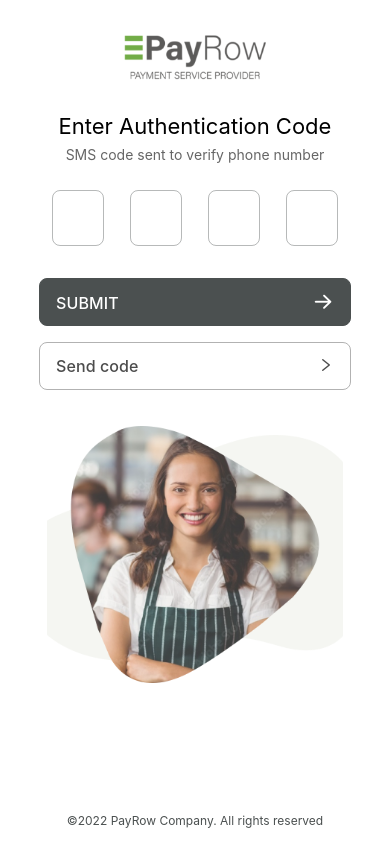
Repository: rishabh-critical-river/payrowios
Screen: /Create Account
The author's editor kept a copy of each file at every save. The screen is drawn from the files as they stood at one save, then again after the next save.
The app was drawn by React Native's web renderer in a window 390 px wide. The project was rebuilt for these pictures with package versions that can differ from the ones it lists, and the page was loaded fresh each time. Also part of the build but not shown: screens/home/HomeScreen.tsx, screens/home/HomeComponents/TapToPay.tsx, screens/home/HomeComponents/PaymentSummary.js, screens/home/HomeComponents/AddItem.js, screens/home/HomeComponents/TapCard.tsx, screens/home/HomeComponents/EnterPin.tsx, screens/home/HomeComponents/Confirmation.tsx, screens/home/HomeComponents/NewPayment.tsx and 37 more.

Above is the screen before, as saved 2023-07-27 03:20:20.

### App.tsx
import { NavigationContainer } from "@react-navigation/native";
import { createNativeStackNavigator } from "@react-navigation/native-stack";
import {
  StyleSheet,
  Text,
  View,
  SafeAreaView,
  Image,
  StatusBar,
} from "react-native";
import LanguageSelection from "./screens/onboarding/LanguageSelection";
import CreateAccount from "./screens/onboarding/CreateAccount";
import HomeScreen from "./screens/home/HomeScreen";
import TapToPay from "./screens/home/HomeComponents/TapToPay";
import AddItem from "./screens/home/HomeComponents/AddItem";
import TapCard from "./screens/home/HomeComponents/TapCard";
import EnterPin from "./screens/home/HomeComponents/EnterPin";
import Confirmation from "./screens/home/HomeComponents/Confirmation";
import NewPayment from "./screens/home/HomeComponents/NewPayment";
import Contact from "./screens/home/HomeComponents/contact";
import Refund from "./screens/home/HomeComponents/refund";
import OtpRefund from "./screens/home/HomeComponents/otpRefund";
import ProductSelection from "./screens/home/HomeComponents/productSelection";
import PaymentSummary from "./screens/home/HomeComponents/PaymentSummary";
import PaymentMode from "./screens/home/HomeComponents/paymentMode";
import PaymentHistory from "./screens/home/HomeComponents/PaymentHistory";
import HistoryMethods from "./screens/home/HomeComponents/historyMethods";
import DailyReport from "./screens/home/HomeComponents/DailyReport";
import MonthlyReport from "./screens/home/HomeComponents/MonthlyReport";
import AboutPayrow from "./screens/home/HomeComponents/AboutPayrow";
import CashReceivedMachine from "./screens/home/HomeComponents/CashReceivedMachine";
import InvoiceRecall from "./screens/home/HomeComponents/InvoiceRecall";
import PosAndRetail from "./screens/home/HomeComponents/PosAndRetail";
import SoftPos from "./screens/home/HomeComponents/SoftPos";
import PayByLink from "./screens/home/HomeComponents/PayByLink";
import PayByQrCode from "./screens/home/HomeComponents/PayByQrCode";

import PaymentGateWay from "./screens/home/HomeComponents/PaymentGateWay";
import Wps from "./screens/home/HomeComponents/Wps";
import Vat from "./screens/home/HomeComponents/Vat";
import Kvyc from "./screens/home/HomeComponents/Kvyc";
import BuyNowPayLater from "./screens/home/HomeComponents/BuyNowPayLater";
import Wallet from "./screens/home/HomeComponents/Wallet";
import PayRowPrepaids from "./screens/home/HomeComponents/PayRowPrepaid";
import Support from "./screens/home/HomeComponents/Support";
import NewComplain from "./screens/home/HomeComponents/NewComplain";
import RegisterComplain from "./screens/home/HomeComponents/RegisteredComplain";
import ContactUs from "./screens/home/HomeComponents/ContactUse";
import InvoiceRecalltwo from "./screens/home/HomeComponents/InvoiceRecalltwo";
import InvoiceRecallthree from "./screens/home/HomeComponents/InvoiceRecallthree";
import PaymentDetails from "./screens/home/HomeComponents/PaymentDetails";
import ConfirmationInvoice from "./screens/home/HomeComponents/ConfirmationInvoice";
import CashPay from "./screens/home/HomeComponents/CashPay";
import QRCode from "./screens/home/HomeComponents/QrCode";
import Login from "./screens/onboarding/login";
import CreatePin from "./screens/onboarding/Createpin";
import ReEnterPin from "./screens/onboarding/Reenterpin";
import EnterPins from "./screens/onboarding/Enterpin";
// import SoftPose from "./screens/home/HomeComponents/SoftPose";
const Stack = createNativeStackNavigator();

export default function App() {
  return (
    <SafeAreaView style={{ flex: 1, backgroundColor: "white" }}>
      <StatusBar barStyle="dark-content" />
      <NavigationContainer>
        <Stack.Navigator>
          <Stack.Screen
            name="selectLanaguage"
            component={LanguageSelection}
            options={{ headerShown: false }}
          />
          <Stack.Screen
            name="Login"
            component={Login}
            options={{ headerShown: false }}
          />
          <Stack.Screen
            name="CreatePin"
            component={CreatePin}
            options={{ headerShown: false }}
          />
          <Stack.Screen
            name="ReEnterPin"
            component={ReEnterPin}
            options={{ headerShown: false }}
          />
          <Stack.Screen
            name="EnterPin"
            component={EnterPin}
            options={{ headerShown: false }}
          />
          <Stack.Screen
            name="Create Account"
            component={CreateAccount}
            options={{ headerShown: false }}
          />
          <Stack.Screen
            name="HomeScreen"
            component={HomeScreen}
            options={{ headerShown: false }}
          />
          <Stack.Screen
            name="TapToPay"
            component={TapToPay}
            options={{ headerShown: false }}
          />
          <Stack.Screen
            name="AddItem"
            component={AddItem}
            options={{ headerShown: false }}
          />
          <Stack.Screen
            name="TapCard"
            component={TapCard}
            options={{ headerShown: false }}
          />
          <Stack.Screen
            name="EnterPins"
            component={EnterPins}
            options={{ headerShown: false }}
          />
          <Stack.Screen
            name="Confirmation"
            component={Confirmation}
            options={{ headerShown: false }}
          />
          <Stack.Screen
            name="NewPayment"
            component={NewPayment}
            options={{ headerShown: false }}
          />
          <Stack.Screen
            name="contact"
            component={Contact}
            options={{ headerShown: false }}
          />
          <Stack.Screen
            name="refund"
            component={Refund}
            options={{ headerShown: false }}
          />
          <Stack.Screen
            name="otpRefund"
            component={OtpRefund}
            options={{ headerShown: false }}
          />
          <Stack.Screen
            name="productSelection"
            component={ProductSelection}
            options={{ headerShown: false }}
          />
          <Stack.Screen
            name="paymentSummary"
            component={PaymentSummary}
            options={{ headerShown: false }}
          />
          <Stack.Screen
            name="paymentMode"
            component={PaymentMode}
            options={{ headerShown: false }}
          />
          <Stack.Screen
            name="paymentHistory"
            component={PaymentHistory}
            options={{ headerShown: false }}
          />
          <Stack.Screen
            name="historyMethods"
            component={HistoryMethods}
            options={{ headerShown: false }}
          />
          <Stack.Screen
            name="dailyReport"
            component={DailyReport}
            options={{ headerShown: false }}
          />
          <Stack.Screen
            name="monthlyReport"
            component={MonthlyReport}
            options={{ headerShown: false }}
          />
          <Stack.Screen
            name="aboutPayrow"
            component={AboutPayrow}
            options={{ headerShown: false }}
          />
          <Stack.Screen
            name="cashReceivedMachine"
            component={CashReceivedMachine}
            options={{ headerShown: false }}
          />
          <Stack.Screen
            name="invoiceRecall"
            component={InvoiceRecall}
            options={{ headerShown: false }}
          />
          <Stack.Screen
            name="posandretail"
            component={PosAndRetail}
            options={{ headerShown: false }}
          />
          <Stack.Screen
            name="softpos"
            component={SoftPos}
            options={{ headerShown: false }}
          />
          <Stack.Screen
            name="paybylink"
            component={PayByLink}
            options={{ headerShown: false }}
          />
          <Stack.Screen
            name="paybyqrcode"
            component={PayByLink}
            options={{ headerShown: false }}
          />
          <Stack.Screen
            name="paymentgateway"
            component={PaymentGateWay}
            options={{ headerShown: false }}
          />
          <Stack.Screen
            name="wps"
            component={Wps}
            options={{ headerShown: false }}
          />
          <Stack.Screen
            name="vat"
            component={Vat}
            options={{ headerShown: false }}
          />

          <Stack.Screen
            name="kvyc"
            component={Kvyc}
            options={{ headerShown: false }}
          />
          <Stack.Screen
            name="buynowpaylater"
            component={BuyNowPayLater}
            options={{ headerShown: false }}
          />
          <Stack.Screen
            name="registercomplain"
            component={RegisterComplain}
            options={{ headerShown: false }}
          />
          <Stack.Screen
            name="wallet"
            component={Wallet}
            options={{ headerShown: false }}
          />
          <Stack.Screen
            name="payrowprepaid"
            component={PayRowPrepaids}
            options={{ headerShown: false }}
          />
          <Stack.Screen
            name="paymentdetails"
            component={PaymentDetails}
            options={{ headerShown: false }}
          />
          <Stack.Screen
            name="support"
            component={Support}
            options={{ headerShown: false }}
          />
          {/* <Stack.Screen
            name="softpose"
            payrowprepaid
            component={SoftPose}
            options={{ headerShown: false }}

          /> */}
          <Stack.Screen
            name="newcomplain"
            component={NewComplain}
            options={{ headerShown: false }}
          />
          <Stack.Screen
            name="contactus"
            component={ContactUs}
            options={{ headerShown: false }}
          />
          <Stack.Screen
            name="Recallss"
            component={InvoiceRecalltwo}
            options={{ headerShown: false }}
          />
          <Stack.Screen
            name="InvoiceRecallthree"
            component={InvoiceRecallthree}
            options={{ headerShown: false }}
          />
          <Stack.Screen
            name="ConfirmationInvoice"
            component={ConfirmationInvoice}
            options={{ headerShown: false }}
          />
          <Stack.Screen
            name="cashPay"
            component={CashPay}
            options={{ headerShown: false }}
          />

          <Stack.Screen
            name="QrCode"
            component={PayByQrCode}
            options={{ headerShown: false }}
          />
          <Stack.Screen
            name="QrCodePay"
            component={QRCode}
            options={{ headerShown: false }}
          />
        </Stack.Navigator>
      </NavigationContainer>
    </SafeAreaView>
  );
}

### screens/onboarding/LanguageSelection.tsx
import React from "react";
import { StatusBar } from "expo-status-bar";
import { NavigationContainer } from "@react-navigation/native";
import { createNativeStackNavigator } from "@react-navigation/native-stack";
import {
  StyleSheet,
  Text,
  View,
  SafeAreaView,
  Image,
  Button,
  TouchableOpacity,
} from "react-native";
import { AntDesign } from "@expo/vector-icons";
function LanguageSelection({ navigation }: any) {
  return (
    <>
      <View style={styles.container}>
        <Image
          source={require("../../src/Images/payrowLogo.png")}
          style={styles.logo}
        />
        <View
          style={{
            position: "absolute",
            right: 0,
            top: 76,
          }}
        >
          <View
            style={{
              marginLeft: "auto",
              borderWidth: 1,
              borderColor: "#F1F7ED",
              marginBottom: 7.5,

              backgroundColor: "#F1F7ED",
              borderRadius: 1,
              width: 40,
              height: 11.67,
            }}
          />
          <View
            style={{
              marginLeft: "auto",
              borderWidth: 1,
              borderColor: "#F1F7ED",
              marginBottom: 7.5,
              backgroundColor: "#F1F7ED",
              borderRadius: 1,

              width: 40,
              height: 11.67,
            }}
          />
          <View
            style={{
              marginLeft: "auto",
              borderWidth: 1,
              borderColor: "#F1F7ED",

              backgroundColor: "#F1F7ED",
              borderRadius: 1,

              width: 40,
              height: 11.67,
            }}
          />
        </View>
        <Image
          source={require("../../src/Images/getStarted.png")}
          style={{
            width: 312,
            height: 230,
            alignSelf: "center",
            marginTop: 40,
          }}
        />
        <Text
          style={{
            fontSize: 22,
            fontWeight: "700",
            color: "#4C4C4C",
            lineHeight: 28,
            textAlign: "center",
            marginTop: 38,
          }}
        >
          Ultimate Fintech Partner
        </Text>
        <Text
          style={{
            fontSize: 14,
            fontWeight: "400",
            lineHeight: 20,
            marginLeft: 54,
            marginRight: 54,
            textAlign: "center",
            marginTop: 16,
            color: "#666666",
            letterSpacing: 0.25,
          }}
        >
          Together we support Go-Green & Cashless Strategy
        </Text>
      </View>
      <View style={{ backgroundColor: "white" }}>
        <TouchableOpacity
          style={styles.button}
          onPress={() => {
            navigation.navigate("Login");
          }}
        >
          <View
            style={{
              borderWidth: 1,

              borderColor: "#4B5050",
              backgroundColor: "#4B5050",
              borderRadius: 8,
              marginBottom: 16,
              width: 328,
              height: 48,
              justifyContent: "center",
            }}
          >
            <View style={{ flexDirection: "row" }}>
              <Text
                style={{
                  fontSize: 16,
                  paddingLeft: 16,
                  fontWeight: "500",
                  lineHeight: 24,
                  justifyContent: "center",
                  color: "white",
                  letterSpacing: 0.1,
                  flex: 1,
                }}
              >
                Get Started
              </Text>
              <View
                style={{
                  justifyContent: "center",
                  alignItems: "center",
                  marginRight: 16,
                }}
              >
                <AntDesign name="arrowright" size={24} color="white" />
              </View>
            </View>
          </View>
        </TouchableOpacity>
        <Text
          style={{
            fontSize: 12,
            backgroundColor: "white",
            color: "#7f7f7f",
            textAlign: "center",
            paddingBottom: 15,
          }}
        >
          ©2022 PayRow Company. All rights reserved
        </Text>
      </View>
    </>
  );
}

export default LanguageSelection;
const styles = StyleSheet.create({
  container: {
    display: "flex",
    flex: 1,
    backgroundColor: "white",
  },
  logo: {
    width: 150,
    height: 48.3,
    alignSelf: "center",
    marginTop: 33,
  },
  selectLanguage: {
    width: 163,
    height: 28,
    fontSize: 17,

    color: "#333333",
    fontWeight: "400",
    marginTop: 24.47,
    alignSelf: "center",
  },
  languageText: {
    fontSize: 14,
    paddingLeft: 16,
    fontWeight: "500",
    lineHeight: 20,
    justifyContent: "center",
    color: "#4B5050CC",
  },
  languages: {
    flexDirection: "column",

    justifyContent: "space-between",
    alignItems: "center",
  },
  text: {
    width: 303,
    height: 20,
    fontSize: 14,
    lineHeight: 14,
    fontWeight: "400",
    color: "#4B5050",
    textAlign: "center",
    marginTop: 6,
    alignSelf: "center",
    marginBottom: 15,
  },
  shadowProp: {
    shadowColor: "#171717",
    shadowOffset: { width: -2, height: 4 },
    shadowOpacity: 0.2,
    shadowRadius: 3,
  },
  box: {
    display: "flex",
    borderWidth: 1,
    borderColor: "#4B505033",
    backgroundColor: "#ffffff",
    borderRadius: 8,
    marginBottom: 15,
    width: 328,
    height: 48,
    justifyContent: "center",
  },
  button: {
    alignSelf: "center",
    color: "#4B5050",

    padding: 10,
    fontSize: 20,
    height: 48,
    width: 328,
    cursor: "pointer",
    borderRadius: 70,
    justifyContent: "center",
    alignItems: "center",
    marginBottom: 15,
  },
  arrow: {
    display: "flex",
    position: "relative",
    borderWidth: 1,
    borderColor: "white",
    width: 40,
    height: 5,
    backgroundColor: "white",
  },
  arrowTriangle: {
    display: "flex",
    borderWidth: 1,
    position: "absolute",
    width: 20,
    height: 5,
    borderColor: "white",
    backgroundColor: "white",
    borderTopWidth: 1,
    borderRightWidth: 1,
    transform: [{ rotate: "45deg" }],
    right: 9,
    top: 19,
  },
  arrowTriangleRight: {
    display: "flex",
    borderWidth: 1,
    position: "absolute",
    width: 20,
    height: 5,
    borderColor: "white",
    backgroundColor: "white",
    borderTopWidth: 1,
    borderLeftWidth: 1,
    transform: [{ rotate: "-45deg" }],
    right: 9,
    top: 36,
  },
});

### screens/onboarding/CreateAccount.js
import { AntDesign } from "@expo/vector-icons";
import React, { useRef } from "react";
import {
  StyleSheet,
  Text,
  View,
  SafeAreaView,
  Image,
  Button,
  TextInput,
  TouchableOpacity,
  Keyboard,
} from "react-native";

function CreateAccount({ navigation }) {
  const et1 = useRef();
  const et2 = useRef();
  const et3 = useRef();
  const et4 = useRef();
  return (
    <>
      <View style={styles.container}>
        <Image
          source={require("../../src/Images/payrowLogo.png")}
          style={styles.logo}
        />
        <Text
          style={{
            marginTop: 30.47,
            fontSize: 22,
            fontWeight: "400",
            lineHeight: 28,
            alignSelf: "center",
          }}
        >
          Enter Authentication Code
        </Text>
        <View
          style={{
            width: "100%",
            height: 20,
            marginTop: 6,

            alignSelf: "center",
          }}
        >
          <Text style={{ alignSelf: "center", color: "#666666" }}>
            SMS code sent to verify phone number
          </Text>
        </View>
        <View
          style={{
            flexDirection: "row",
            justifyContent: "space-between",
            marginLeft: 52,
            marginRight: 52,
            marginTop: 24,
          }}
        >
          <TextInput
            secureTextEntry={true}
            ref={et1}
            style={styles.box}
            keyboardType="number-pad"
            maxLength={1}
            onChangeText={(text) => {
              if (text.length >= 1) {
                et2.current.focus();
              }
            }}
          />
          <TextInput
            secureTextEntry={true}
            ref={et2}
            style={styles.box}
            keyboardType="number-pad"
            maxLength={1}
            onChangeText={(text) => {
              if (text.length >= 1) {
                et3.current.focus();
              } else if (text.length < 1) {
                et1.current.focus();
              }
            }}
          />
          <TextInput
            secureTextEntry={true}
            ref={et3}
            style={styles.box}
            keyboardType="number-pad"
            maxLength={1}
            onChangeText={(text) => {
              if (text.length >= 1) {
                et4.current.focus();
              } else if (text.length < 1) {
                et2.current.focus();
              }
            }}
          />
          <TextInput
            secureTextEntry={true}
            ref={et4}
            style={styles.box}
            keyboardType="number-pad"
            maxLength={1}
            onChangeText={(text) => {
              if (text.length < 1) {
                et3.current.focus();
              } else {
                Keyboard.dismiss();
              }
            }}
          />
        </View>
        <TouchableOpacity
          style={styles.goToSummaryButton}
          onPress={() => {
            navigation.navigate("AddItem");
          }}
        >
          <View style={styles.buttonContent}>
            <Text style={styles.buttonText}
            onPress={() => {
              navigation.navigate("CreatePin");
            }}

            >SUBMIT</Text>
            <View style={styles.arrowIcon}>
              <AntDesign name="arrowright" size={22} color="white" />
            </View>
          </View>
        </TouchableOpacity>

        <TouchableOpacity
          style={styles.resendCode}
          onPress={() => {
            navigation.navigate("");
          }}
        >
          <View
            style={{
              borderWidth: 0.5,
              borderColor: "#B2B2B2",
              borderRadius: 8,
              backgroundColor: "#FFFFFF",

              height: 48,
              justifyContent: "center",
            }}
          >
            <View style={{ flexDirection: "row" }}>
              <Text
                style={{
                  fontSize: 16,
                  paddingLeft: 16,
                  fontWeight: "500",
                  lineHeight: 24,
                  justifyContent: "center",
                  color: "#4C4C4C",
                  letterSpacing: 0.1,
                  flex: 1,
                }}
              >
                Send code
              </Text>
              <View
                style={{
                  justifyContent: "center",
                  alignItems: "center",
                  marginRight: 16,
                }}
              >
                <View
                  style={{
                    flexDirection: "row",
                    alignItems: "center",
                  }}
                >
                  <AntDesign name="right" size={16} color="#4C4C4C" />
                </View>
              </View>
            </View>
          </View>
        </TouchableOpacity>

        <Image
          source={require("../../src/Images/getStarted.png")}
          style={{
            width: 296,
            height: 257,
            alignSelf: "center",
            marginTop: 36,
          }}
        />
      </View>
      <Text
        style={{
          fontSize: 12,
          backgroundColor: "white",
          color: "#4B5050",
          textAlign: "center",
          paddingBottom: 16,
        }}
      >
        ©2022 PayRow Company. All rights reserved
      </Text>
    </>
  );
}
const styles = StyleSheet.create({
  container: {
    flex: 1,
    backgroundColor: "white",
    display: "flex",
    flexDirection: "column",
  },
  logo: {
    width: 150,
    height: 48.53,
    alignSelf: "center",
    marginTop: 33,
  },
  rightPin: {
    flex: 1,
    justifyContent: "center",
    alignItems: "center",
    textAlign: "center",
  },
  leftPin: {
    justifyContent: "center",
    alignItems: "center",
    backgroundColor: "#D3D3D3",
    borderTopEndRadius: 10,
    borderBottomEndRadius: 10,
    paddingLeft: 10,
    paddingRight: 10,
  },
  horizontal: {
    flexDirection: "row",
    alignItems: "center",
    justifyContent: "center",
  },
  horizontalOr: {
    paddingLeft: 5,
    paddingRight: 5,
    marginTop: 18,
    marginBottom: 18,
  },
  horizontalLine: {
    borderBottomColor: "#D3D3D3",
    width: 105,
    borderBottomWidth: 1,
    marginTop: 10,
    marginBottom: 10,
    alignSelf: "center",
  },
  url: {
    alignSelf: "center",
    marginTop: 10,
    marginBottom: 10,
  },
  fingerprint: {
    width: 100,
    height: 100,
    alignSelf: "center",
    marginTop: 70,
    marginBottom: 10,
  },
  verticalLine: {
    borderBottomColor: "#D3D3D3",
    color: "black",
    width: 15,
    transform: [{ rotate: "90deg" }],
    borderBottomWidth: 1,
    marginTop: 10,
    marginBottom: 10,
    alignSelf: "center",
  },

  languageText: {
    fontSize: 16,
    justifyContent: "center",
    color: "##838c95",
    alignItems: "center",
  },
  languages: {
    flexDirection: "column",

    justifyContent: "space-between",
    alignItems: "center",
  },
  text: {
    fontSize: 15,
    textAlign: "center",
    marginTop: 20,
    marginBottom: 15,
  },
  box: {
    display: "flex",
    flexDirection: "row",
    textAlign: "center",
    borderWidth: 1,
    borderColor: "#4B505066",
    borderRadius: 8,

    width: 52,
    height: 56,
  },
  button: {
    marginLeft: 165,
    marginTop: 34,
    color: "black",
    padding: 10,
    fontSize: 20,
    height: 60,
    width: 60,
    cursor: "pointer",
    borderRadius: 70,
    justifyContent: "center",
    alignItems: "center",
  },
  button2: {
    marginLeft: 165,
    marginTop: 5,

    padding: 10,
    fontSize: 20,
    height: 60,
    width: 60,
    cursor: "pointer",
    borderRadius: 70,
    justifyContent: "center",
    alignItems: "center",
  },
  arrow: {
    display: "flex",
    position: "relative",
    borderWidth: 1,
    borderColor: "white",
    width: 40,
    height: 5,
    backgroundColor: "white",
  },
  arrowTriangle: {
    display: "flex",
    borderWidth: 1,
    position: "absolute",
    width: 20,
    height: 5,
    borderColor: "white",
    backgroundColor: "white",
    borderTopWidth: 1,
    borderRightWidth: 1,
    transform: [{ rotate: "45deg" }],
    right: 9,
    top: 19,
  },
  arrowTriangleRight: {
    display: "flex",
    borderWidth: 1,
    position: "absolute",
    width: 20,
    height: 5,
    borderColor: "white",
    backgroundColor: "white",
    borderTopWidth: 1,
    borderLeftWidth: 1,
    transform: [{ rotate: "-45deg" }],
    right: 9,
    top: 36,
  },
  goToSummaryButton: {
    alignSelf: "center",
    marginTop: 32,
    width: "80%",
  },
  resendCode: {
    alignSelf: "center",
    marginTop: 16,
    width: "80%",
  },
  buttonText: {
    fontSize: 16,
    paddingLeft: 16,
    paddingTop: 12,
    fontWeight: "500",
    lineHeight: 24,
    justifyContent: "center",
    color: "white",
    letterSpacing: 0.1,
    flex: 1,
  },
  arrowIcon: {
    justifyContent: "center",
    alignItems: "center",
    marginRight: 16,
  },

  buttonContent: {
    borderWidth: 0.6,
    borderColor: "#4B5050",
    backgroundColor: "#4B5050",
    borderRadius: 8,

    height: 48,
    width: "100%",
    justifyContent: "center",
    flexDirection: "row",
  },
});

export default CreateAccount;

After the next save:
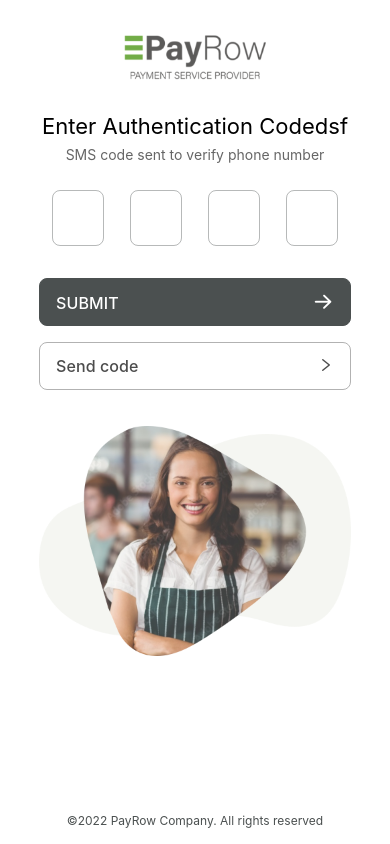
Saved 18 min 20 s later.
--- a/screens/onboarding/CreateAccount.js
+++ b/screens/onboarding/CreateAccount.js
@@ -33,7 +33,7 @@ function CreateAccount({ navigation }) {
             alignSelf: "center",
           }}
         >
-          Enter Authentication Code
+          Enter Authentication Codedsf
         </Text>
         <View
           style={{
@@ -119,12 +119,14 @@ function CreateAccount({ navigation }) {
           }}
         >
           <View style={styles.buttonContent}>
-            <Text style={styles.buttonText}
-            onPress={() => {
-              navigation.navigate("CreatePin");
-            }}
-
-            >SUBMIT</Text>
+            <Text
+              style={styles.buttonText}
+              onPress={() => {
+                navigation.navigate("CreatePin");
+              }}
+            >
+              SUBMIT
+            </Text>
             <View style={styles.arrowIcon}>
               <AntDesign name="arrowright" size={22} color="white" />
             </View>
@@ -186,8 +188,8 @@ function CreateAccount({ navigation }) {
         <Image
           source={require("../../src/Images/getStarted.png")}
           style={{
-            width: 296,
-            height: 257,
+            width: 312,
+            height: 230,
             alignSelf: "center",
             marginTop: 36,
           }}
